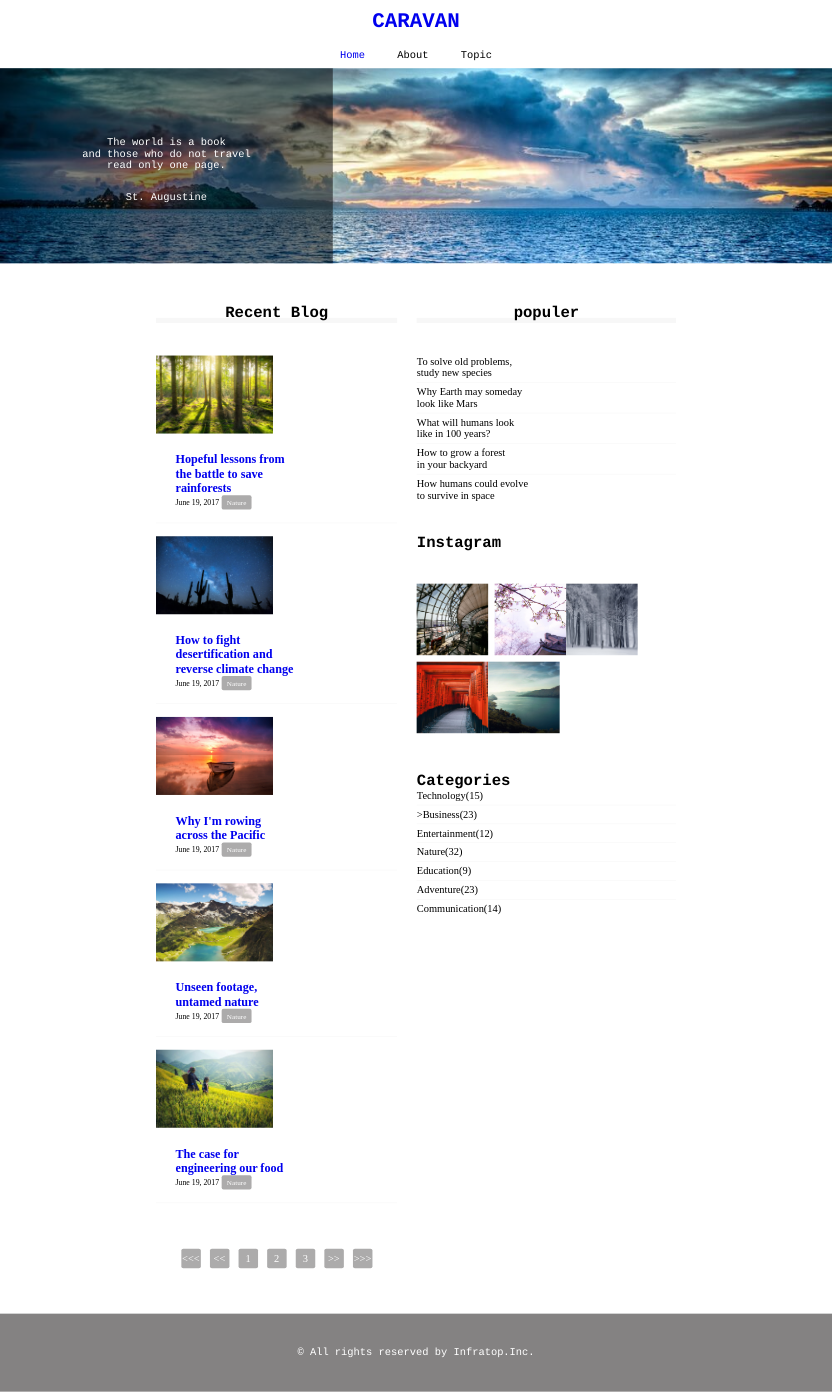
Repository: rhombus0516/bookers2-debug
Page: caravan/index.html
The author's editor kept a record of every edit. The page is drawn from the files as they stood at one moment, then again after the next edit.
The browser window is 1280 px wide. The pictures show the whole page, at 65% of full size.

Above is the page before.

After the next edit:
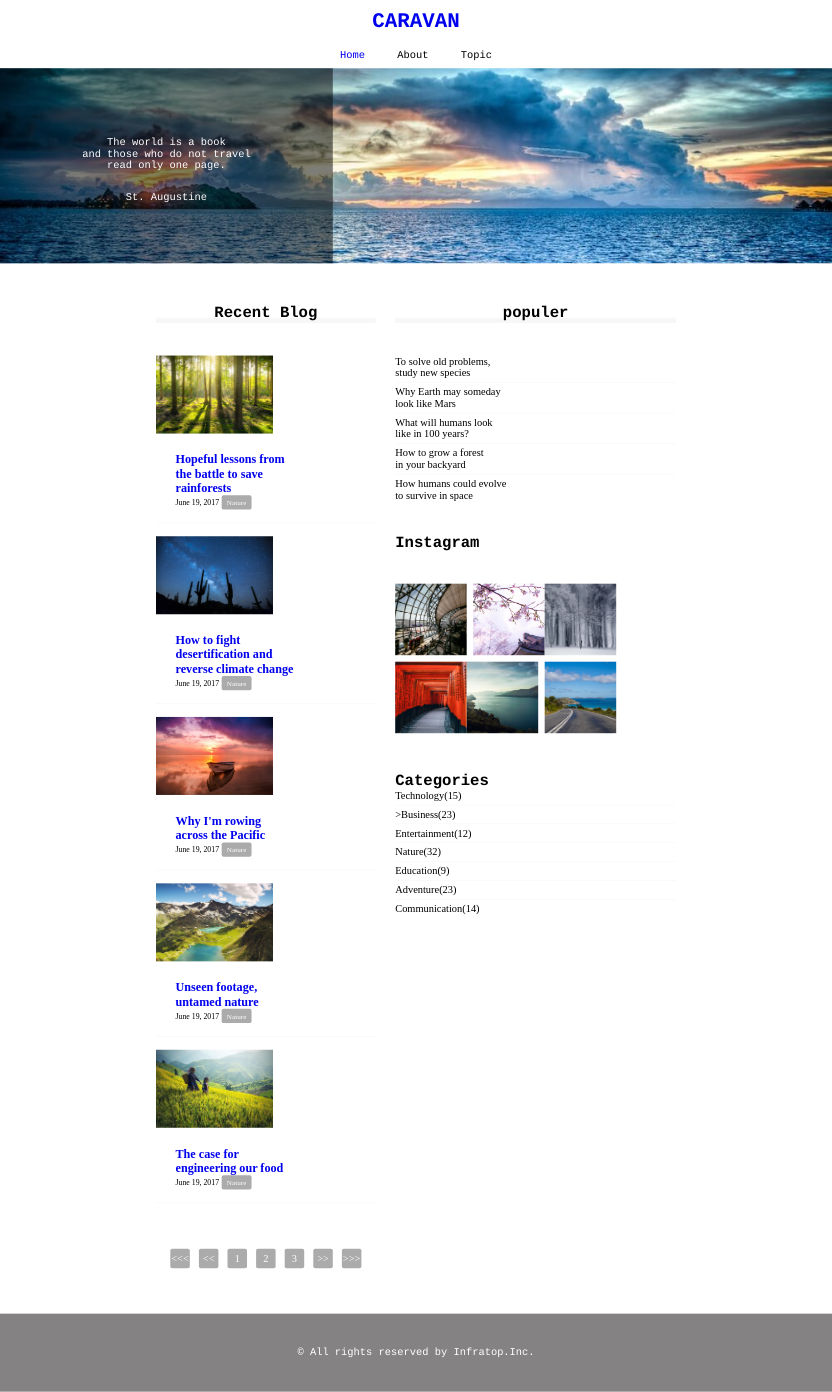
The edit:
--- a/caravan/index.html
+++ b/caravan/index.html
@@ -137,6 +137,7 @@
                      <div class="instagram-box"></div>
                      <div class="instagram-box"></div>
                      <div class="instagram-box"></div>
+                     <div class="instagram-box"></div>
                    </div>
              </section>
              <section class="categories">
